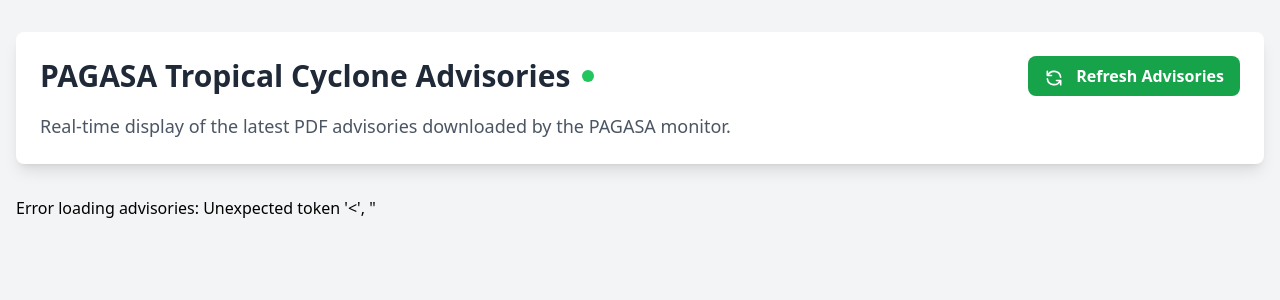
Repository: JetSpy-404/Heat-Mapping-For-Disaster-Risk-Prone-Areas
Page: pdf_viewer.html
An editor plug-in stored every save of this project. The page is shown before and after the next save, followed by the edit.
The browser window is 1280 px wide. The pictures show the whole page.
Some web libraries are served in a nearby version.

Above is the page before, as saved 2025-11-08 16:52:46.

### pdf_viewer.html
<!DOCTYPE html>
<html lang="en">
<head>
    <meta charset="UTF-8">
    <meta name="viewport" content="width=device-width, initial-scale=1.0">
    <title>PAGASA Advisories Viewer</title>
    <script src="https://cdn.tailwindcss.com"></script>
</head>
<body class="bg-gray-100 min-h-screen py-8 px-4">
    <div class="max-w-7xl mx-auto">
        <!-- Header Section -->
        <div class="bg-white rounded-lg shadow-lg p-6 mb-8">
            <div class="flex items-center justify-between mb-4">
                <h1 class="text-3xl font-bold text-gray-800 flex items-center">
                    PAGASA Tropical Cyclone Advisories
                    <span class="status-indicator ml-3 w-3 h-3 bg-green-500 rounded-full" id="status-indicator"></span>
                </h1>
                <button class="bg-green-600 hover:bg-green-700 text-white font-semibold py-2 px-4 rounded-lg transition duration-200 refresh-btn" onclick="refreshPDFs()">
                    <svg class="w-5 h-5 inline mr-2" fill="none" stroke="currentColor" viewBox="0 0 24 24">
                        <path stroke-linecap="round" stroke-linejoin="round" stroke-width="2" d="M4 4v5h.582m15.356 2A8.001 8.001 0 004.582 9m0 0H9m11 11v-5h-.581m0 0a8.003 8.003 0 01-15.357-2m15.357 2H15"></path>
                    </svg>
                    Refresh Advisories
                </button>
            </div>
            <p class="text-gray-600 text-lg">Real-time display of the latest PDF advisories downloaded by the PAGASA monitor.</p>
            <div class="loading hidden text-center py-4 text-gray-500 font-medium" id="loading">
                <svg class="animate-spin w-6 h-6 inline mr-2" fill="none" viewBox="0 0 24 24">
                    <circle class="opacity-25" cx="12" cy="12" r="10" stroke="currentColor" stroke-width="4"></circle>
                    <path class="opacity-75" fill="currentColor" d="M4 12a8 8 0 018-8V0C5.373 0 0 5.373 0 12h4zm2 5.291A7.962 7.962 0 014 12H0c0 3.042 1.135 5.824 3 7.938l3-2.647z"></path>
                </svg>
                Loading advisories...
            </div>
        </div>

        <!-- PDFs Container -->
        <div id="pdfs-container" class="space-y-6">
            <!-- PDFs will be loaded here dynamically -->
        </div>
    </div>

    <script>
        let lastUpdate = null;

        // Load PDFs on page load
        document.addEventListener('DOMContentLoaded', function() {
            loadPDFs();
            // Auto-refresh every 5 minutes
            setInterval(loadPDFs, 5 * 60 * 1000);
        });

        async function loadPDFs() {
            const loading = document.getElementById('loading');
            const statusIndicator = document.getElementById('status-indicator');
            const container = document.getElementById('pdfs-container');

            loading.style.display = 'block';
            statusIndicator.classList.add('updating');

            try {
                const response = await fetch('list_pdfs.php');
                if (!response.ok) {
                    throw new Error(`HTTP ${response.status}: ${response.statusText}`);
                }

                const pdfs = await response.json();
                console.log('Loaded PDFs:', pdfs);

                if (pdfs.error) {
                    throw new Error(pdfs.error);
                }

                // Always display PDFs for now (remove update check to force refresh)
                displayPDFs(pdfs);
                lastUpdate = pdfs.length > 0 ? pdfs[0].modified : null;

            } catch (error) {
                console.error('Error loading PDFs:', error);
                container.innerHTML = `<div class="no-pdfs">Error loading advisories: ${error.message}. Please check if PHP is running and try again.</div>`;
            } finally {
                loading.style.display = 'none';
                statusIndicator.classList.remove('updating');
            }
        }

        function displayPDFs(pdfs) {
            const container = document.getElementById('pdfs-container');

            if (pdfs.length === 0) {
                container.innerHTML = '<div class="no-pdfs">No PDF advisories found. The monitor may still be downloading files.</div>';
                return;
            }

            let html = '';
            pdfs.forEach(pdf => {
                const fileSizeMB = (pdf.size / (1024 * 1024)).toFixed(2);
                html += `
                    <div class="pdf-container">
                        <div class="pdf-title">
                            ${formatPDFTitle(pdf.filename)}
                            <span class="pdf-meta">Updated: ${pdf.modified} | Size: ${fileSizeMB} MB</span>
                        </div>
                        <iframe src="${pdf.path}" type="application/pdf"></iframe>
                        <a href="${pdf.path}" class="download-link" target="_blank">Download PDF</a>
                    </div>
                `;
            });

            container.innerHTML = html;
        }

        function formatPDFTitle(filename) {
            // Convert filename to readable title
            return filename
                .replace('.pdf', '')
                .replace(/_/g, ' ')
                .replace(/\b\w/g, l => l.toUpperCase());
        }

        function refreshPDFs() {
            loadPDFs();
        }

        // Manual refresh function exposed globally
        window.refreshPDFs = refreshPDFs;
    </script>
</body>
</html>

After the next save:
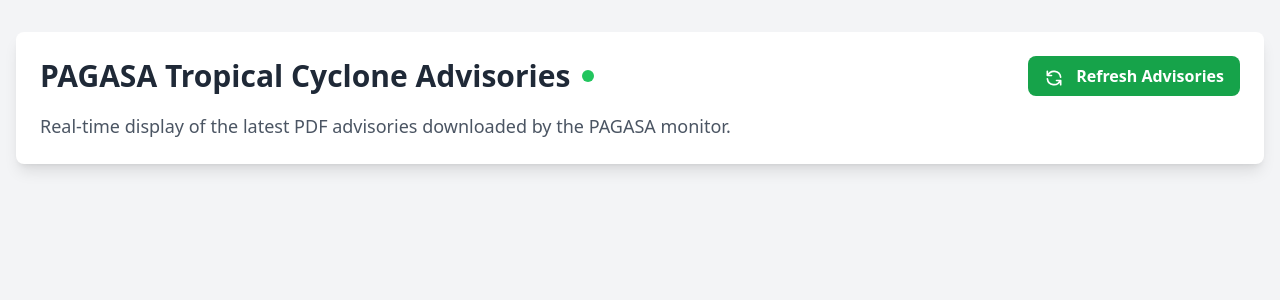
Console error: SyntaxError: Unexpected end of input
Saved 14 s later.
--- a/pdf_viewer.html
+++ b/pdf_viewer.html
@@ -83,30 +83,6 @@
         }
 
         function displayPDFs(pdfs) {
-            const container = document.getElementById('pdfs-container');
-
-            if (pdfs.length === 0) {
-                container.innerHTML = '<div class="no-pdfs">No PDF advisories found. The monitor may still be downloading files.</div>';
-                return;
-            }
-
-            let html = '';
-            pdfs.forEach(pdf => {
-                const fileSizeMB = (pdf.size / (1024 * 1024)).toFixed(2);
-                html += `
-                    <div class="pdf-container">
-                        <div class="pdf-title">
-                            ${formatPDFTitle(pdf.filename)}
-                            <span class="pdf-meta">Updated: ${pdf.modified} | Size: ${fileSizeMB} MB</span>
-                        </div>
-                        <iframe src="${pdf.path}" type="application/pdf"></iframe>
-                        <a href="${pdf.path}" class="download-link" target="_blank">Download PDF</a>
-                    </div>
-                `;
-            });
-
-            container.innerHTML = html;
-        }
 
         function formatPDFTitle(filename) {
             // Convert filename to readable title

After the save that followed:
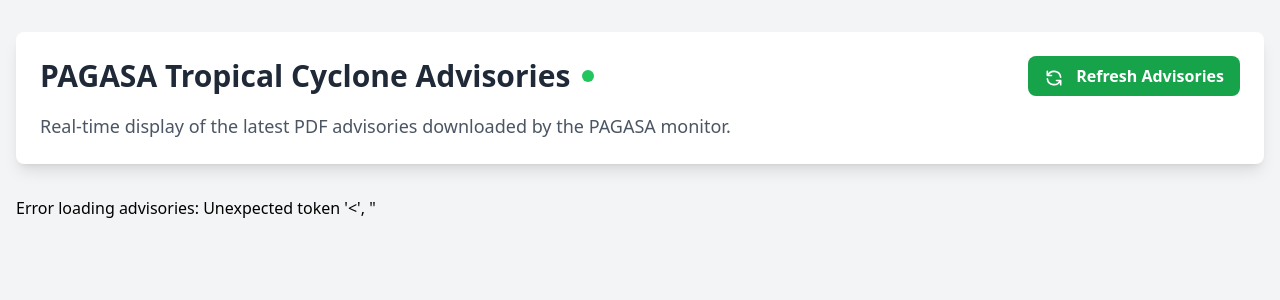
The error is gone.
Saved 5 s later.
--- a/pdf_viewer.html
+++ b/pdf_viewer.html
@@ -83,6 +83,64 @@
         }
 
         function displayPDFs(pdfs) {
+            const container = document.getElementById('pdfs-container');
+
+            if (pdfs.length === 0) {
+                container.innerHTML = `
+                    <div class="bg-white rounded-lg shadow-lg p-8 text-center">
+                        <svg class="w-16 h-16 mx-auto text-gray-400 mb-4" fill="none" stroke="currentColor" viewBox="0 0 24 24">
+                            <path stroke-linecap="round" stroke-linejoin="round" stroke-width="2" d="M9 12h6m-6 4h6m2 5H7a2 2 0 01-2-2V5a2 2 0 012-2h5.586a1 1 0 01.707.293l5.414 5.414a1 1 0 01.293.707V19a2 2 0 01-2 2z"></path>
+                        </svg>
+                        <h3 class="text-xl font-semibold text-gray-700 mb-2">No PDF Advisories Found</h3>
+                        <p class="text-gray-500">The monitor may still be downloading files. Please check back later.</p>
+                    </div>
+                `;
+                return;
+            }
+
+            let html = '';
+            pdfs.forEach(pdf => {
+                const fileSizeMB = (pdf.size / (1024 * 1024)).toFixed(2);
+                html += `
+                    <div class="bg-white rounded-lg shadow-lg overflow-hidden">
+                        <div class="bg-gradient-to-r from-blue-600 to-blue-700 px-6 py-4">
+                            <div class="flex items-center justify-between">
+                                <h2 class="text-xl font-bold text-white">
+                                    ${formatPDFTitle(pdf.filename)}
+                                </h2>
+                                <div class="flex items-center space-x-4">
+                                    <div class="text-blue-100 text-sm">
+                                        <div class="flex items-center">
+                                            <svg class="w-4 h-4 mr-1" fill="none" stroke="currentColor" viewBox="0 0 24 24">
+                                                <path stroke-linecap="round" stroke-linejoin="round" stroke-width="2" d="M12 8v4l3 3m6-3a9 9 0 11-18 0 9 9 0 0118 0z"></path>
+                                            </svg>
+                                            Updated: ${pdf.modified}
+                                        </div>
+                                        <div class="flex items-center mt-1">
+                                            <svg class="w-4 h-4 mr-1" fill="none" stroke="currentColor" viewBox="0 0 24 24">
+                                                <path stroke-linecap="round" stroke-linejoin="round" stroke-width="2" d="M7 4V2a1 1 0 011-1h8a1 1 0 011 1v2m-9 0h10m-9 0V1m10 3V1m0 3l1 1v16a2 2 0 01-2 2H6a2 2 0 01-2-2V5l1-1z"></path>
+                                            </svg>
+                                            Size: ${fileSizeMB} MB
+                                        </div>
+                                    </div>
+                                    <a href="${pdf.path}" target="_blank" class="bg-white text-blue-600 hover:bg-blue-50 font-semibold py-2 px-4 rounded-lg transition duration-200 flex items-center">
+                                        <svg class="w-4 h-4 mr-2" fill="none" stroke="currentColor" viewBox="0 0 24 24">
+                                            <path stroke-linecap="round" stroke-linejoin="round" stroke-width="2" d="M12 10v6m0 0l-3-3m3 3l3-3m2 8H7a2 2 0 01-2-2V5a2 2 0 012-2h5.586a1 1 0 01.707.293l5.414 5.414a1 1 0 01.293.707V19a2 2 0 01-2 2z"></path>
+                                        </svg>
+                                        Download
+                                    </a>
+                                </div>
+                            </div>
+                        </div>
+                        <div class="p-6">
+                            <iframe src="${pdf.path}" class="w-full h-96 border border-gray-200 rounded-lg" type="application/pdf"></iframe>
+                        </div>
+                    </div>
+                `;
+            });
+
+            container.innerHTML = html;
+        }
 
         function formatPDFTitle(filename) {
             // Convert filename to readable title
